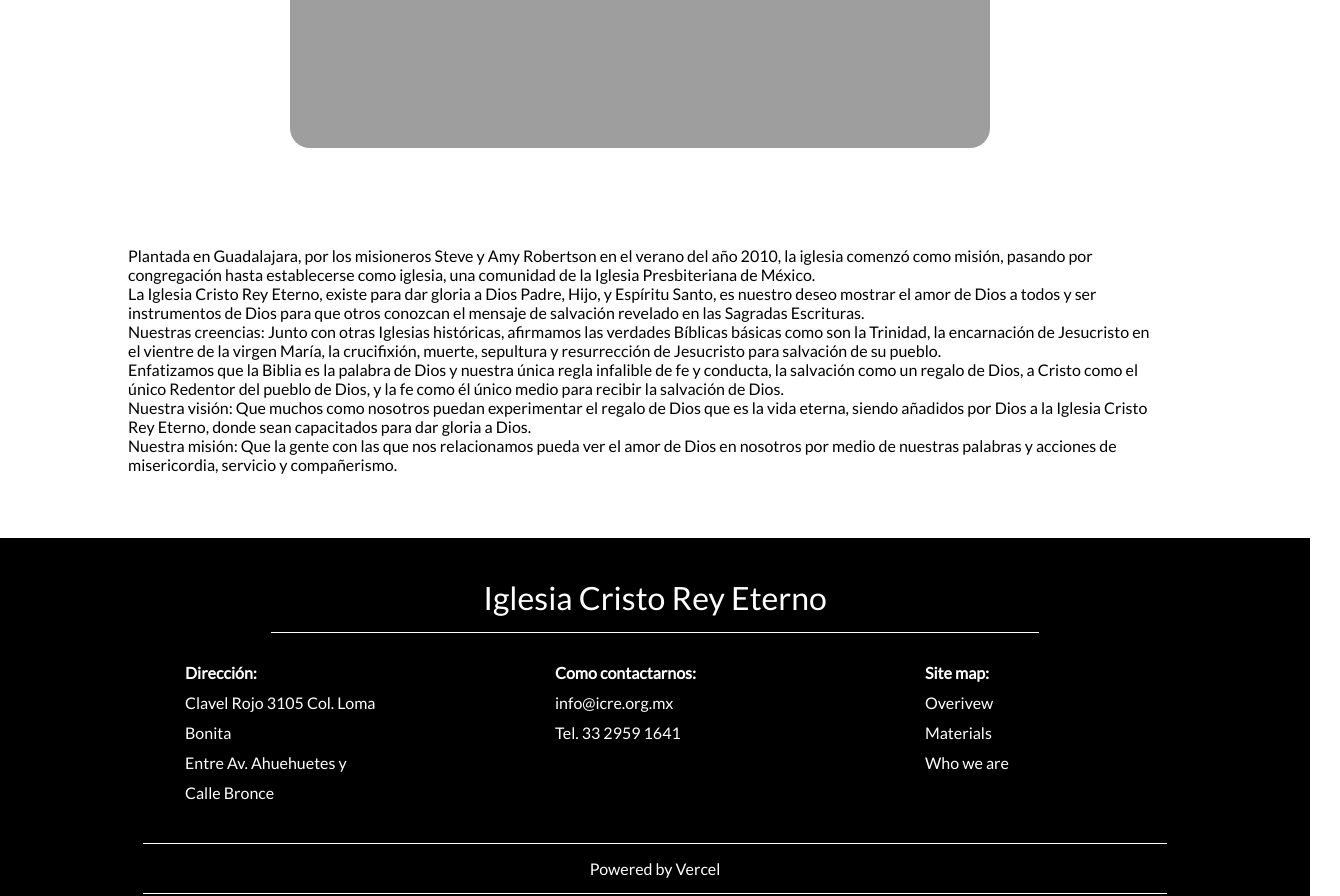
Repository: programmer686/Third-times-a-charm
Page: /About
These files come from the project's save history. The page is drawn as it stood at one moment and after the next save; the edit follows.
The browser window is 1280 px wide. The page is 1340 px wide, so the pictures cover 1340 px, including what lies to the right of the window. The pictures show the part of the page from y = 383 to 1279 px (the page is 1317 px tall before and 1497 px after).
Pictures or frames that could not be fetched are drawn as grey boxes. The project was rebuilt for these pictures with package versions that can differ from the ones it lists, and the page was loaded fresh each time. The framework's server and built-in components were replaced by stand-ins that run in the browser. Also part of the build but not shown: next.config.js, src/styles/Layout.module.css.

Above is the page before, as saved 2023-04-28 20:10:15.

After the next save:
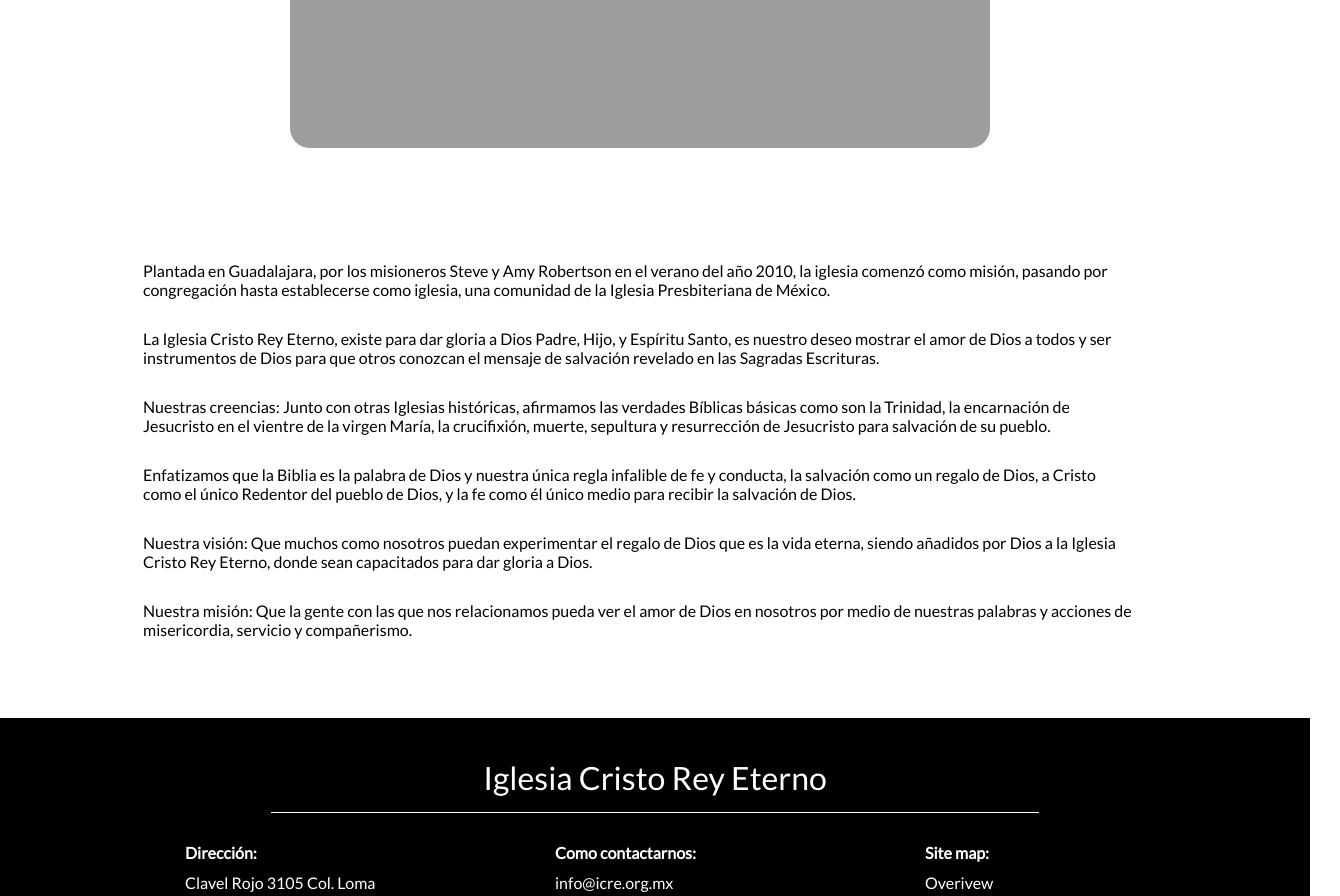
Saved 17 s later.
--- a/src/styles/About.module.css
+++ b/src/styles/About.module.css
@@ -44,4 +44,5 @@
 
 .about_us__section2 p {
     font-family: 'Lato', sans-serif;
+    margin: 15px;
 }
